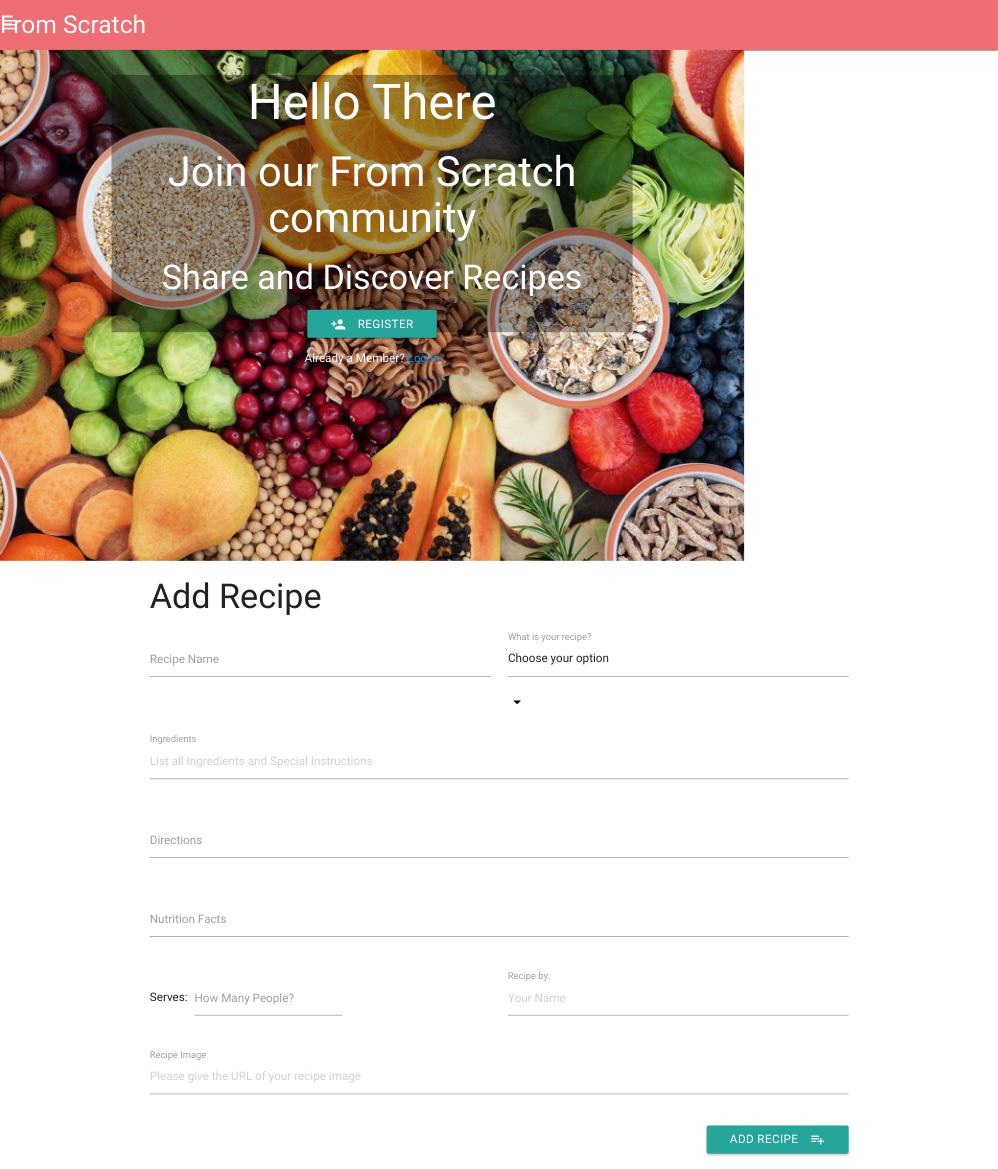
Repository: callendera/MilestoneProject3
Page: http://localhost/
The author's editor kept a record of every edit. The page is drawn from the files as they stood at one moment, then again after the next edit.
The browser window is 1280 px wide. The pictures show the whole page, at 78% of full size.
Backgrounds fixed to the window are drawn as part of the page. The page is served by the project's application, run on Flask 3 (recipe.py). Queries for data that is not in the repository find no rows.

Above is the page before.

### templates/recipes.html
{% extends 'base.html' %} {% block content %}

<div class="callout background-callout">
    <div class="container callout-text-background-color">

        <h1>Hello There</h1>
        <h2>Join our From Scratch community</h2>
        <h3>Share and Discover Recipes</h3>
        <a class="waves-effect waves-light btn"><i class="material-icons left">person_add</i>Register</a>
        <p>Already a Member? <a href=#>Log In</a></p>

    </div>
</div>
<div class="container">
    <div class="row">
        {% for recipes in from_scratch %}
        <div class="col s12  my-flow-text flow-text">
            <div class="card card-height-width">
                <div class="card-image card-image-height-width">
                    <img src="{{ recipes.recipe_image }}">
                    <span class="card-title black-text"><p>
                            <strong>{{recipes.recipe_name}}</strong>
                        </p></span>
                </div>
                <div class="card-content">
                    <p>
                        Serves: {{recipes.serves}}
                    </p>
                    <ul class="collapsible">
                        <li>
                            <div class="collapsible-header"><i class="material-icons">local_dining</i>Ingredients</div>
                            <div class="collapsible-body"><span>
                     {{recipes.ingredients0}}
                </span></div>
                        </li>
                        <li>
                            <div class="collapsible-header"><i class="material-icons">list</i>Directions</div>
                            <div class="collapsible-body"><span>
                        {{recipes.directions0}}
                </span></div>
                        </li>
                        <li>
                            <div class="collapsible-header"><i class="material-icons">fitness_center</i>Nutrition</div>
                            <div class="collapsible-body"><span>
                    {{recipes.nutrition0}}
                </span></div>
                        </li>

                    </ul>
                </div>

            </div>

        </div>
        {% endfor %}
    </div>


    <h3>Add Recipe</h3>
    <div class="row">
        <form class="col s12" action="{{ url_for('insert_recipe') }}" method='POST'>
            <div class="row">
                <div class="input-field col s6">
                    <input id="recipe_name" name="recipe_name" type="text" class="validate">
                    <label for="recipe_name">Recipe Name</label>
                </div>

                <div class="input-field col s6">
                    <select id="recipe_type" name="recipe_type">
                  <option value="" disabled selected>Choose your option</option>
                  <option value="1">Vegetarian</option>
                  <option value="2">Chicken</option>
                  <option value="3">Beef</option>
                  <option value="3">Vegan</option>
                  <option value="3">Fish</option>
                  <option value="3">Pork</option>
                </select>
                    <label>What is your recipe?</label>
                </div>
            </div>
            <div class="row">
                <div class="input-field col s12">
                    <input placeholder="List all Ingredients and Special Instructions" name="ingredients0" id="ingredients0" type="text" class="validate">
                    <label for="ingredients0">Ingredients</label>
                </div>
            </div>
            <div class="row">
                <div class="input-field col s12">
                    <input id="directions0" name="directions0" type="text" class="validate">
                    <label for="directions0">Directions</label>
                </div>
            </div>
            <div class="row">
                <div class="input-field col s12">
                    <input id="nutrition0" name="nutrition0" type="text" class="validate">
                    <label for="nutrition0">Nutrition Facts</label>
                </div>
            </div>
            <div class="row">
                <div class="col s6">
                    Serves:
                    <div class="input-field inline">
                        <input id="serves" name="serves" type="number" class="validate">
                        <label for="serves">How Many People? </label>

                    </div>
                </div>
                <div class="input-field col s6">
                    <input placeholder="Your Name" id="recipe_name" name="recipe_name" type="text" class="validate">
                    <label for="recipe_name">Recipe by:</label>
                </div>
            </div>
            <div class="row">
                <div class="input-field col s12">
                    <input placeholder="Please give the URL of your recipe image" id="recipe_image" name="recipe_image" type="text" class="validate required">
                    <label for="recipe_image">Recipe Image</label>
                </div>
            </div>
            <button class="btn waves-effect waves-light right" type="submit" name="action">Add Recipe
            <i class="material-icons right">playlist_add</i>
         </button>
        </form>
        {% endblock %}
    </div>
</div>

### templates/base.html
<!DOCTYPE html>
<html>

<head>
    <link href="https://fonts.googleapis.com/icon?family=Material+Icons" rel="stylesheet">
    <!--link for Icons in Materialize-->

    <!--JQuery needs to be active before Materialize can render its' data-->
    <link rel="stylesheet" href="https://cdnjs.cloudflare.com/ajax/libs/materialize/0.100.2/css/materialize.min.css">
    <link rel="stylesheet" href="{{url_for('static',filename='css/style.css')}}" type="text/css" />
</head>

<body>
    <nav>
    <div class="nav-wrapper">
      <a href="#!" class="brand-logo">From Scratch</a>
      <a href="#" data-target="mobile-demo" class="sidenav-trigger"><i class="material-icons">menu</i></a>
      <ul class="right hide-on-med-and-down">
        <li><a href="sass.html">Home</a></li>
        <li><a href="badges.html">All Recipes</a></li>
        <li><a href="collapsible.html">Login</a></li>
        <li><a href="mobile.html">Register</a></li>
      </ul>
    </div>
  </nav>





    {% block content %}
    <!--contains any content needed for each page, this give a template for such-->
    {% endblock %}

    <script src="https://cdnjs.cloudflare.com/ajax/libs/jquery/3.4.1/jquery.min.js" integrity="sha256-CSXorXvZcTkaix6Yvo6HppcZGetbYMGWSFlBw8HfCJo=" crossorigin="anonymous"></script>
    <script src="https://cdnjs.cloudflare.com/ajax/libs/materialize/1.0.0/js/materialize.min.js"></script>
    <!-- Script to use Materialize functionality-->
    <script type="text/javascript">
        $(document).ready(function() {
            $('select').formSelect();
            $('.sidenav').sidenav();
            $('.sidenav').sidenav();
        });
    </script>

    <!-- script for the collapsibles-->
</body>

</html>

### recipe.py
import os
from flask import Flask, render_template, redirect, request, url_for
from flask_pymongo import PyMongo
from bson.objectid import ObjectId
#sets up application for use with PyMongo, Flask

app = Flask(__name__)
app.config["MONGO_DBNAME"] = 'from_scratch'
#creates link between Database and application
app.config["MONGO_URI"] = os.getenv("MONGO_URI")

#creates application to be tested

mongo = PyMongo(app)

@app.route('/')

@app.route('/get_recipes')
#Display text as proof of concept
def get_recipes():
    from_scratch = mongo.db.recipes.find()
    return render_template( "recipes.html", from_scratch=from_scratch)

@app.route('/add_recipes')
def add_recipes():
    from_scratch = mongo.db.recipes.find()
    return render_template( "recipes.html")

@app.route('/insert_recipe', methods=['POST'])
def insert_recipe():
    from_scratch = mongo.db.recipes
    from_scratch.insert_one(request.form.to_dict())
    return redirect(url_for('get_recipes'))

if __name__ == '__main__':
    app.run(host=os.environ.get('IP'),
            port=int(os.environ.get('PORT')),
            debug=True)
#So they know how and where to run application

### static/css/style.css
.card-height-width, .add-recipe-card-height-width {
    width: 500px;

}

.add-recipe-card-height-width {
    height: 645px;
}

.background-callout {
     /*--- FOR ALL BACKGROUND CONTAINERS sets background image for callout container.
    it is set to not repeat, so the image doesnt stretch, and the image will be centered horizontally and
    pushed to the top of the container. the background will also not scroll, but remained positioned so things will scroll past it---*/
    background: url("../images/foods.jpg")no-repeat center center fixed;
    /*--- adjusts background for different browsers ---*/
    -webkit-background-size: cover;
    -moz-background-size: cover;
    -o-background-size: cover;
    background-size: cover;

    /*--- makes the background fit to the container ---*/
    overflow: hidden;

    /*--- aligns and justifies text in container ---*/
    align-items: center;
    justify-content: center;
    /*--- the height that container will take up in the viewport ---*/
    height: 91vh;
}

.callout-text-background-color {
    text-align: center;
    background-color: #05000059;
    color: white;
    height: 330px;

}

After the next edit:
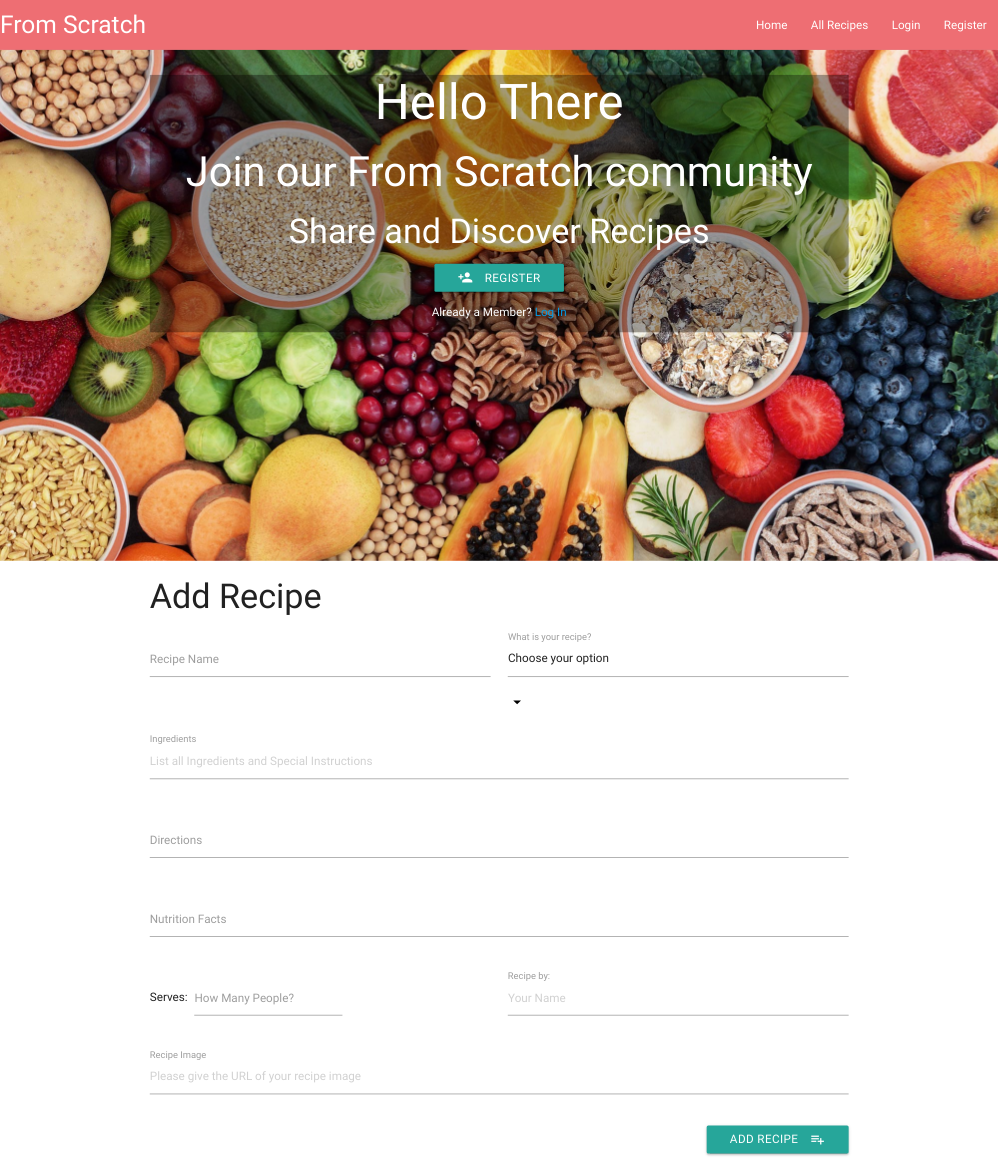
The edit:
--- a/templates/base.html
+++ b/templates/base.html
@@ -14,7 +14,6 @@
     <nav>
     <div class="nav-wrapper">
       <a href="#!" class="brand-logo">From Scratch</a>
-      <a href="#" data-target="mobile-demo" class="sidenav-trigger"><i class="material-icons">menu</i></a>
       <ul class="right hide-on-med-and-down">
         <li><a href="sass.html">Home</a></li>
         <li><a href="badges.html">All Recipes</a></li>
